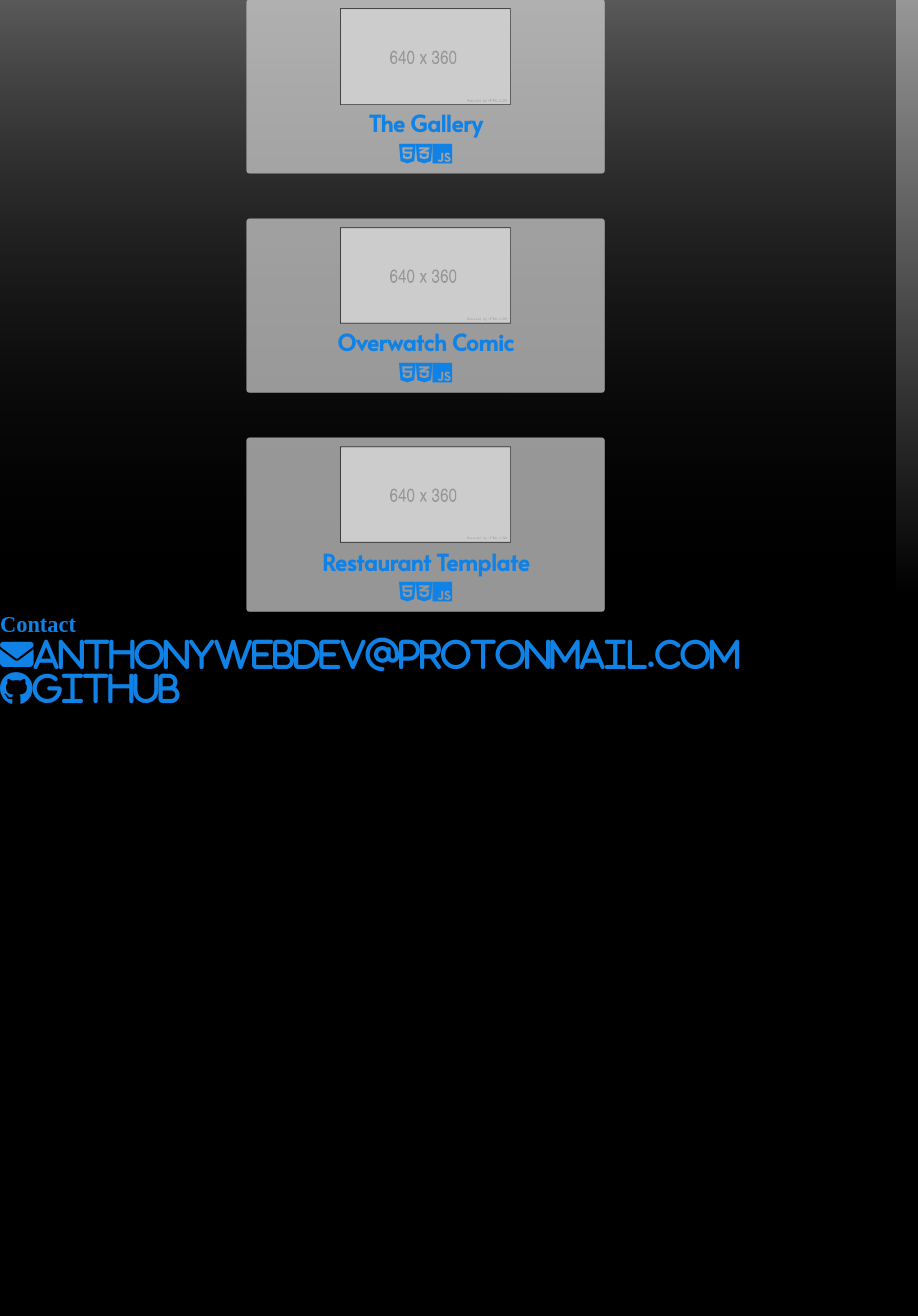
Repository: sloppytony/newport
Page: / (app in portfolio/)
The author's editor kept a copy of each file at every save. The page is drawn from the files as they stood at one save, then again after the next save.
The browser window is 1280 px wide. The page is 1312 px wide, so the pictures cover 1312 px, including what lies to the right of the window. The pictures show the part of the page from y = 1310 to 3190 px (the page is 3600 px tall), at 70% of full size.
Some web libraries are served in a nearby version. The project was rebuilt for these pictures with package versions that can differ from the ones it lists, and the page was loaded fresh each time.

Above is the page before, as saved 2020-08-23 18:45:51.

After the next save:
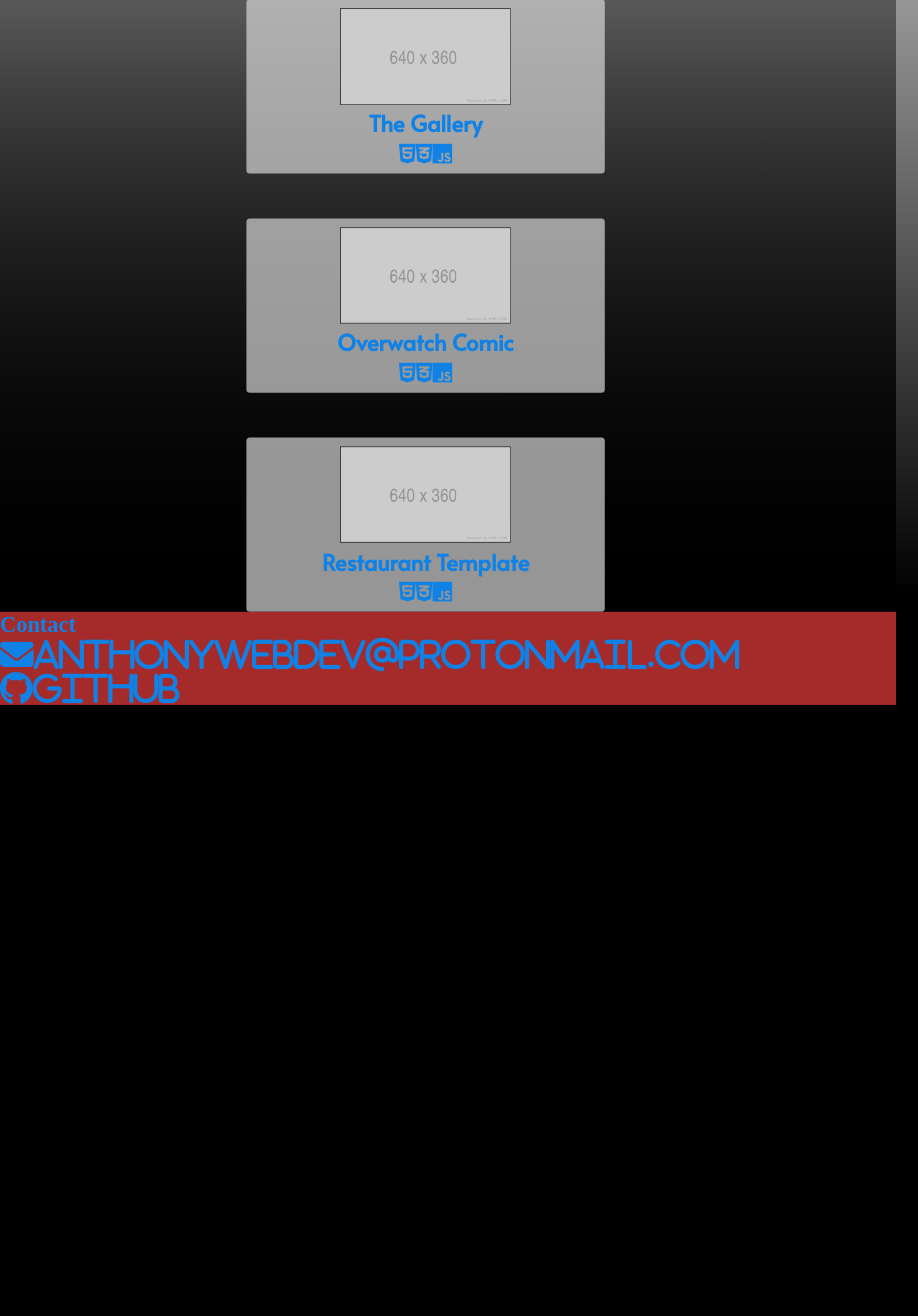
Saved 51 s later.
--- a/portfolio/src/App.css
+++ b/portfolio/src/App.css
@@ -179,8 +179,9 @@ h1.cardTitle {
 
 /*contact*/
 div.section4 {
-  height: 100vh;
-  width: 100%;
+  height: 50vh;
+  width: 100%;
+  background: brown;
 }
 
 @keyframes fadeIn {
